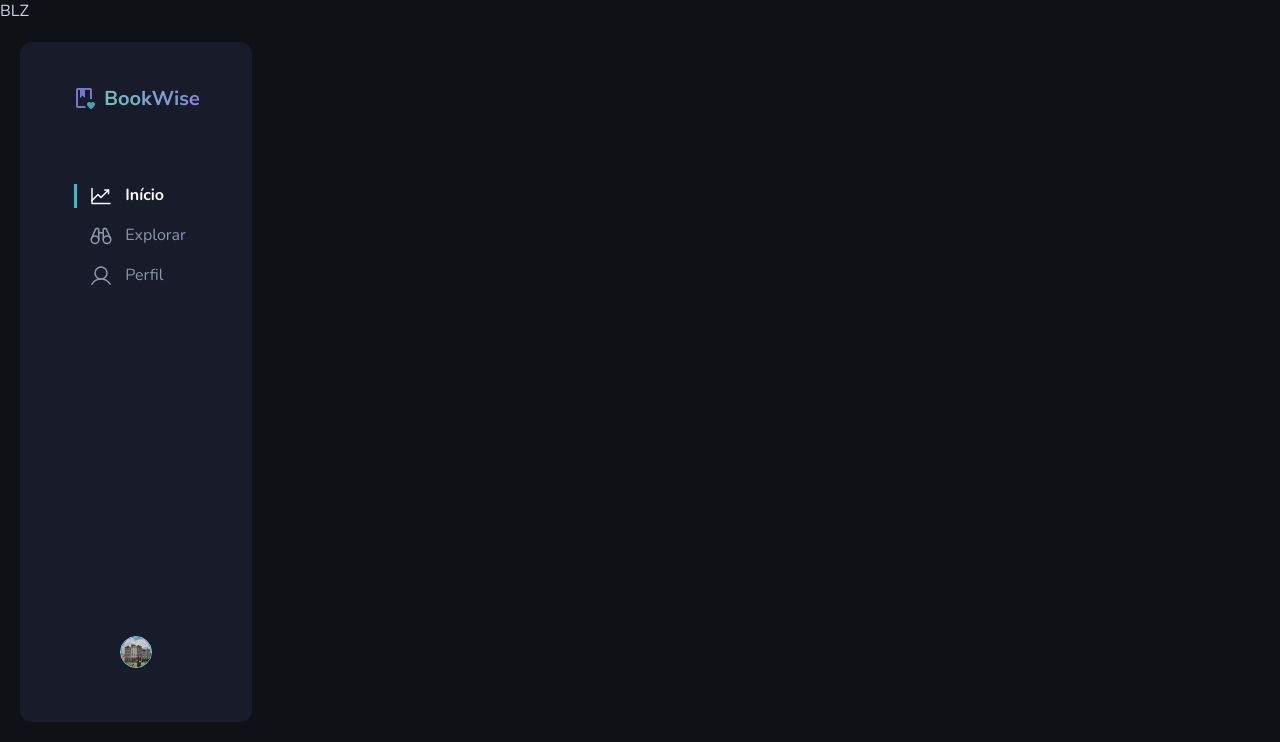
Repository: Giopol12/book-wise
Page: /index.page
An editor plug-in stored every save of this project. The page is shown before and after the next save, followed by the edit.
The browser window is 1280 px wide. The pictures show the whole page.
The project was rebuilt for these pictures with package versions that can differ from the ones it lists, and the page was loaded fresh each time. The framework's server and built-in components were replaced by stand-ins that run in the browser. Also part of the build but not shown: next.config.js.

Above is the page before, as saved 2023-10-17 16:51:31.

After the next save:
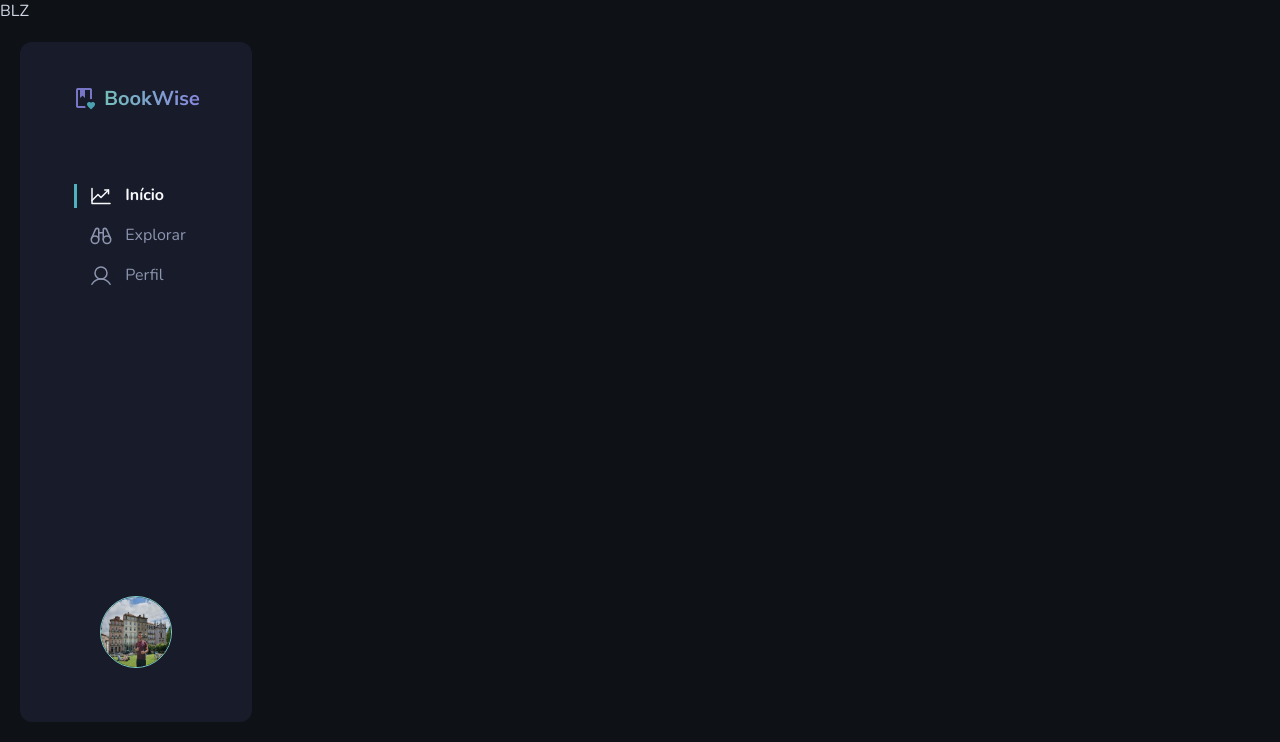
Saved 7 s later.
--- a/src/pages/home/components/Sidebar/index.tsx
+++ b/src/pages/home/components/Sidebar/index.tsx
@@ -37,7 +37,7 @@
       </TopContainer>
       <LoginButton>
         {/* <strong>Fazer login</strong> <SignIn size={20} /> */}
-        <Avatar avatarUrl={avatar} />
+        <Avatar avatarUrl={avatar} size="lg" />
       </LoginButton>
     </SidebarContainer>
   )

After the 2 saves that followed:
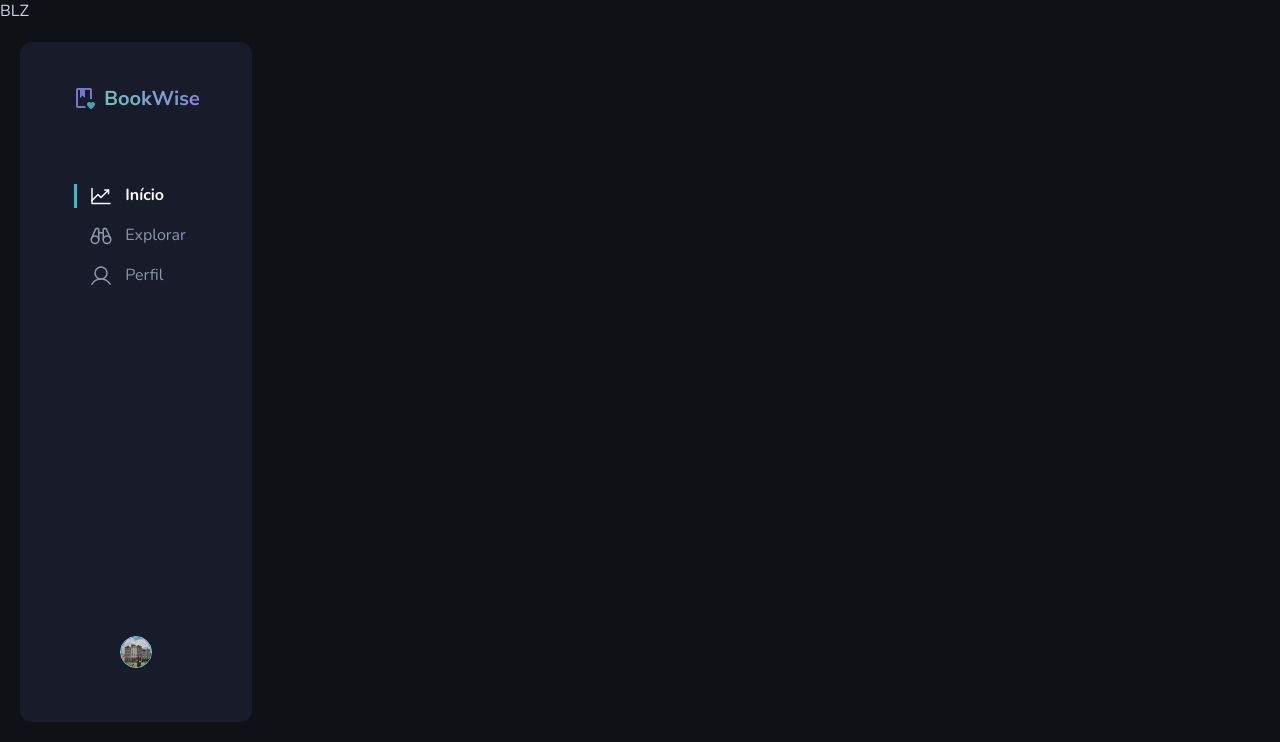
The 2 saves are shown as one change because they came seconds apart.
The last was saved 2 min 37 s later.
--- a/src/pages/home/components/Sidebar/index.tsx
+++ b/src/pages/home/components/Sidebar/index.tsx
@@ -37,7 +37,7 @@
       </TopContainer>
       <LoginButton>
         {/* <strong>Fazer login</strong> <SignIn size={20} /> */}
-        <Avatar avatarUrl={avatar} size="lg" />
+        <Avatar avatarUrl={avatar} />
       </LoginButton>
     </SidebarContainer>
   )
